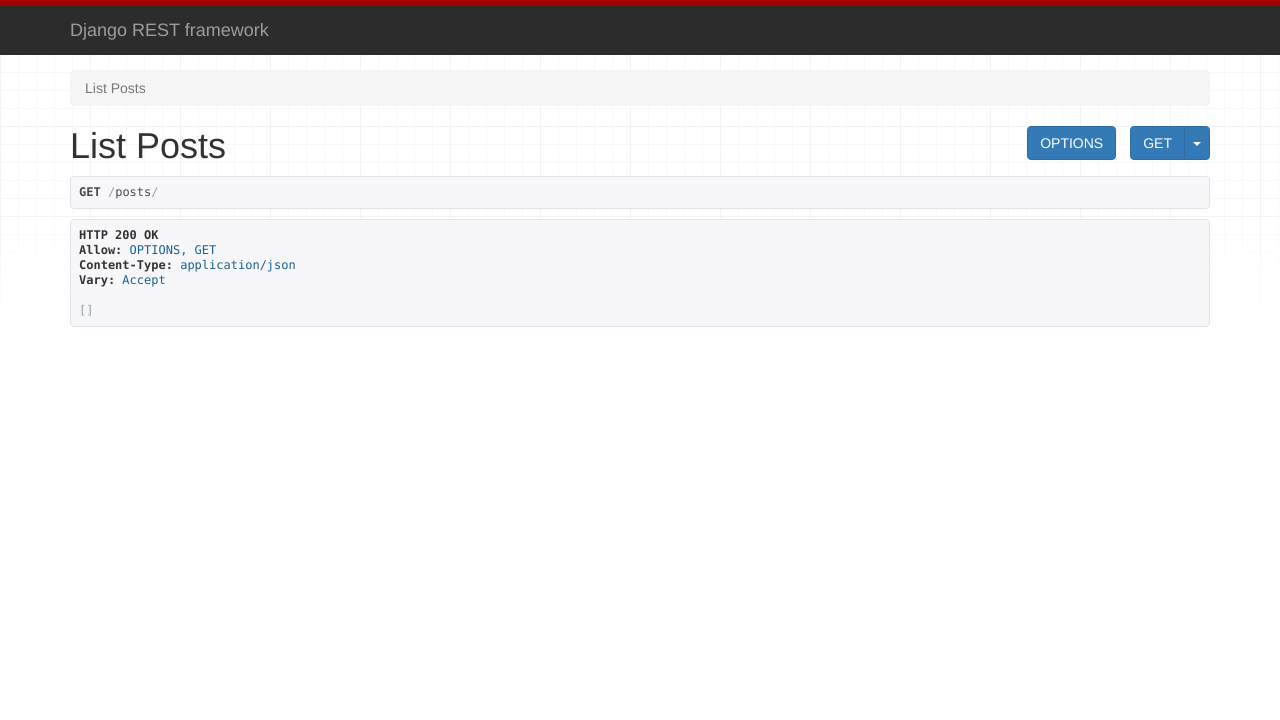
Repository: troubleman96/BlogTrial_in_Django
Page: http://localhost/posts/
An editor plug-in stored every save of this project. The page is shown before and after the next save, followed by the edit.
The browser window is 1280 px wide. The pictures show the whole page.
Backgrounds fixed to the window are drawn as part of the page. The page is served by the project's application, run on Django 5.2 (manage.py). Queries for data that is not in the repository find no rows.

Above is the page before, as saved 2025-08-03 11:39:37.

After the next save:
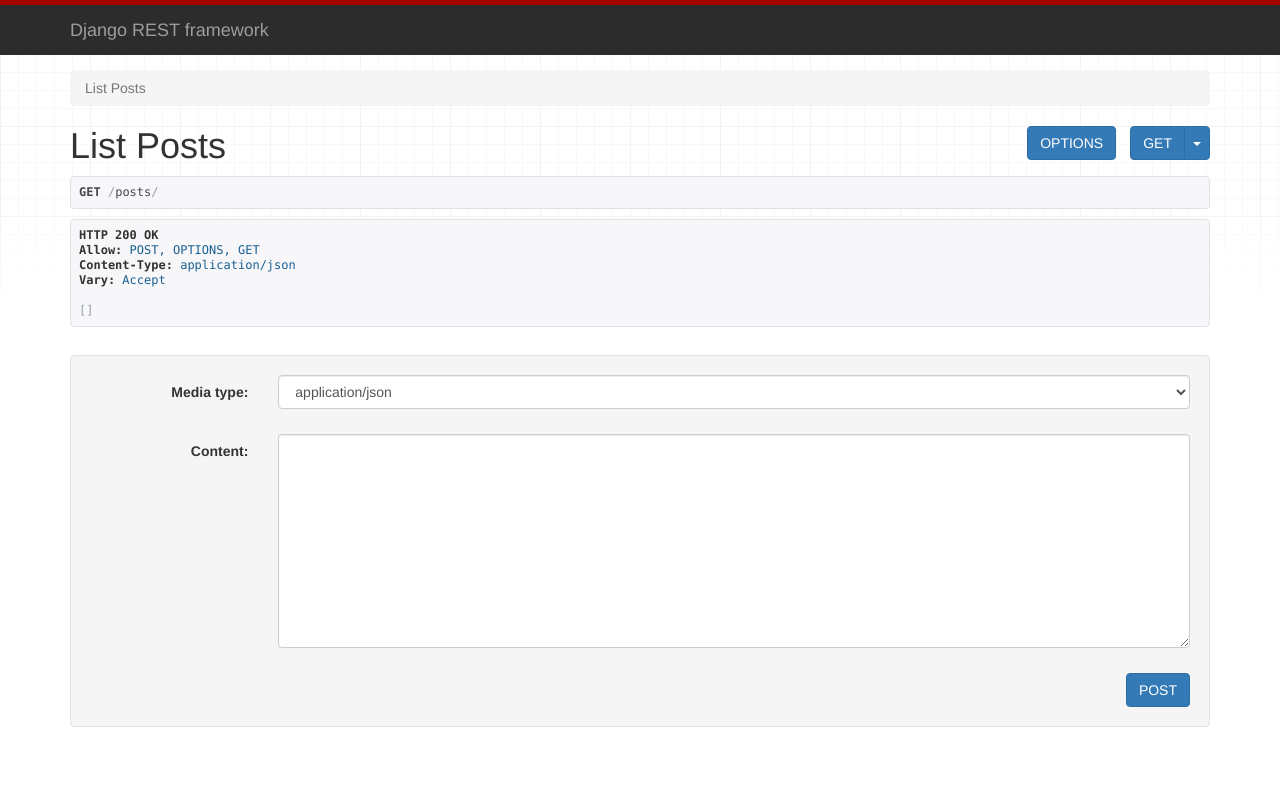
Saved 6 min 23 s later.
--- a/posts/views.py
+++ b/posts/views.py
@@ -20,9 +20,11 @@ def homepage(request:Request):
     return Response(data=response, status=status.HTTP_200_OK)
 
 
-@api_view(http_method_names=["GET"])
+@api_view(http_method_names=["GET", "POST"])
 def list_posts(request:Request):
     posts = Post.objects.all() #fetching data from db
+
+
 
     serializer = PostSerializer(instance=posts, many=True)
 
